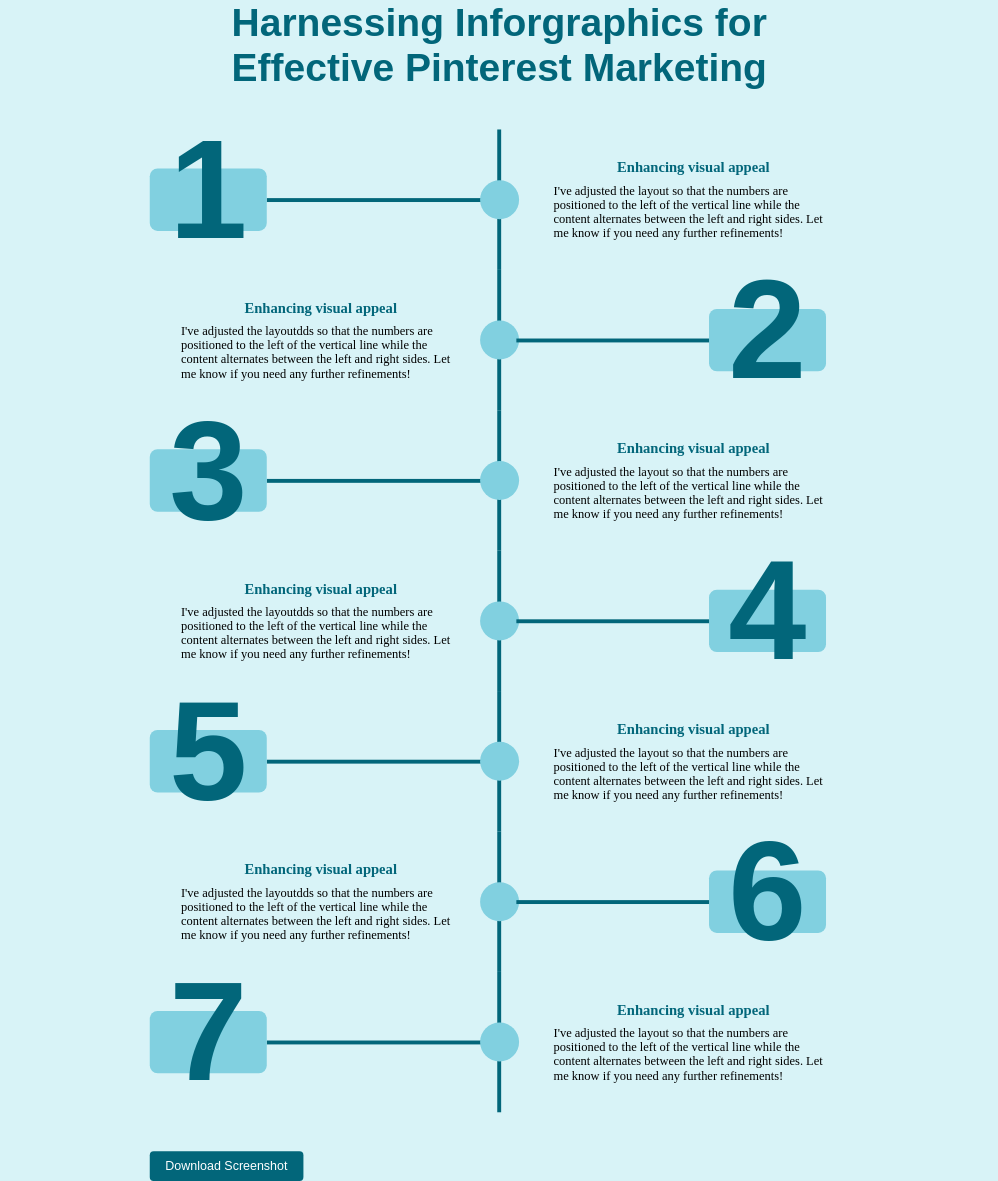
Repository: ayushrajput545/InforGraphic-page
Page: index.html
The author's editor kept a copy of each file at every save. The page is drawn from the files as they stood at one save, then again after the next save.
The browser window is 1280 px wide. The pictures show the whole page, at 78% of full size.
Some web fonts or font styles are not loaded; a fallback is used.

Above is the page before, as saved 2025-04-02 00:22:58.

After the next save:
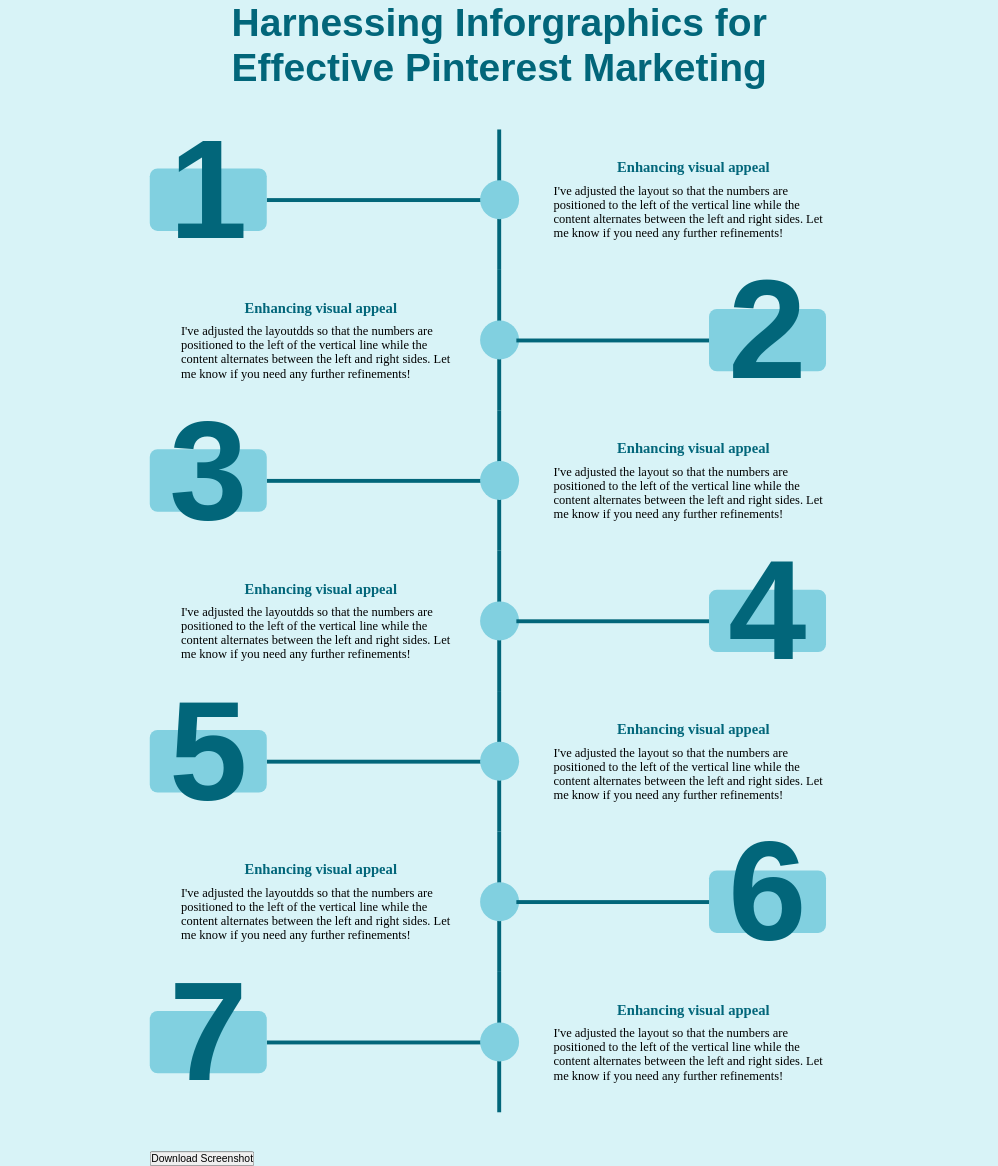
Saved 44 s later.
--- a/style.css
+++ b/style.css
@@ -153,13 +153,13 @@
 
 .download-btn {
     /* margin-top: 20px; */
-    padding: 10px 20px;
+    /* padding: 10px 20px;
     font-size: 16px;
     color: white;
     background-color: #02667a;
     border: none;
     border-radius: 5px;
-    cursor: pointer;
+    cursor: pointer; */
     margin: auto;
 }
 
